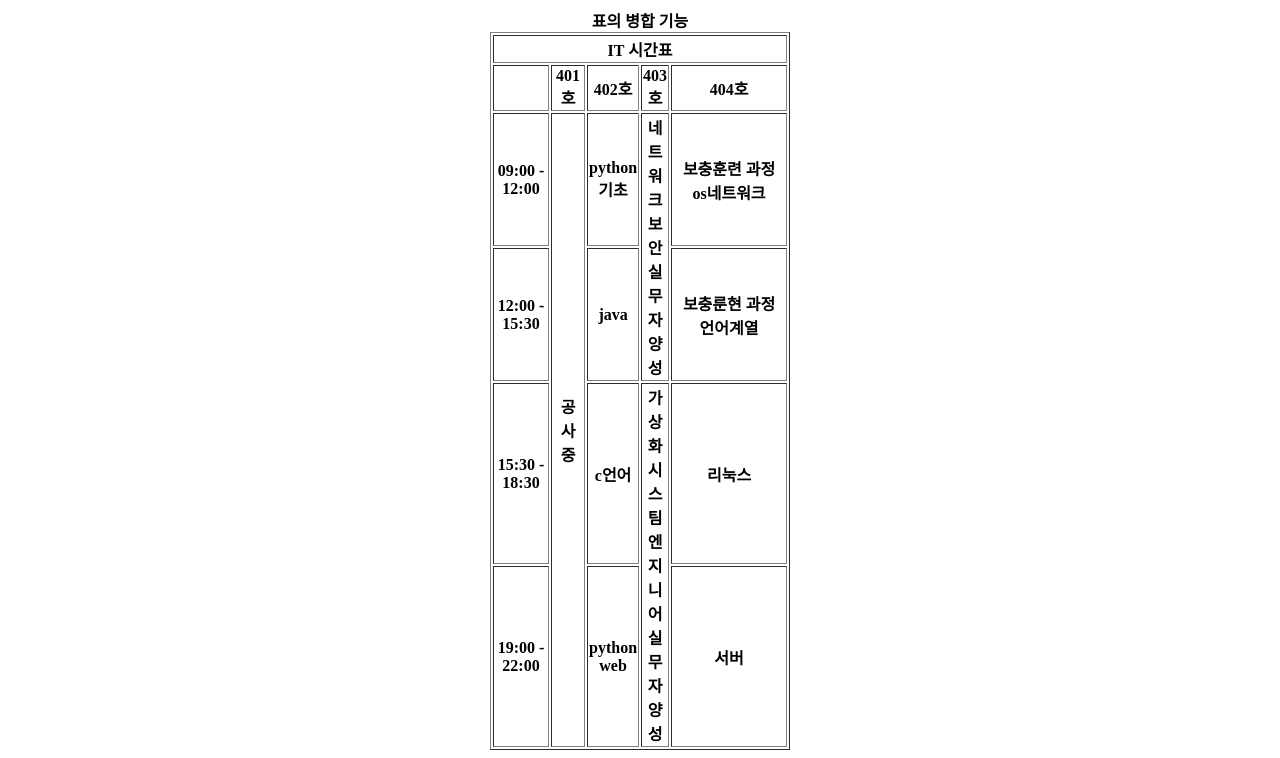
Repository: sika5382/jsp
Page: html/WebContent/NewFile1.html
The author's editor kept a copy of each file at every save. The page is drawn from the files as they stood at one save, then again after the next save.
The browser window is 1280 px wide. The pictures show the whole page.

Above is the page before, as saved 2020-10-29 06:12:42.

### html/WebContent/NewFile1.html
<!DOCTYPE html>
<html>
<head>
<meta charset="UTF-8">
<title>Insert title here</title>
</head>
<body>

	<table border = "1" align="center" width ="300">

		<caption><b>표의 병합 기능</b></caption>

		<tr>
			<th colspan = "5"> IT 시간표</th>

		</tr>

		<tr>
			<th width ="100"></th>
			<th width ="50">401호</th>
			<th>402호</th>
			<th>403호</th>
			<th width ="400">404호</th>
		</tr>

		<tr>
			<th width ="100">09:00 - 12:00</th>
			<th rowspan="4">공<br>사<br>중</th>
			<th>python 기초</th>
			<th rowspan="2">네트워크 보안<br>실무자 양성</th>
			<th width ="400">보충훈련 과정<br>os네트워크</th>
		</tr>

		<tr>
			<th width ="100">12:00 - 15:30</th>
			<th>java</th>
			<th>보충룬현 과정<br>언어계열</th>
		</tr>


		<tr>
			<th width ="100">15:30 - 18:30</th>
			<th>c언어</th>
			<th rowspan="2">가상화 시스팀 <br> 엔지니어 실무자 양성</th>
			<th>리눅스</th>
		</tr>

		<tr>
			<th width ="100">19:00 - 22:00</th>
			<th>python web</th>
			<th>서버</th>
		</tr>


	</table>


</body>
</html>

After the next save:
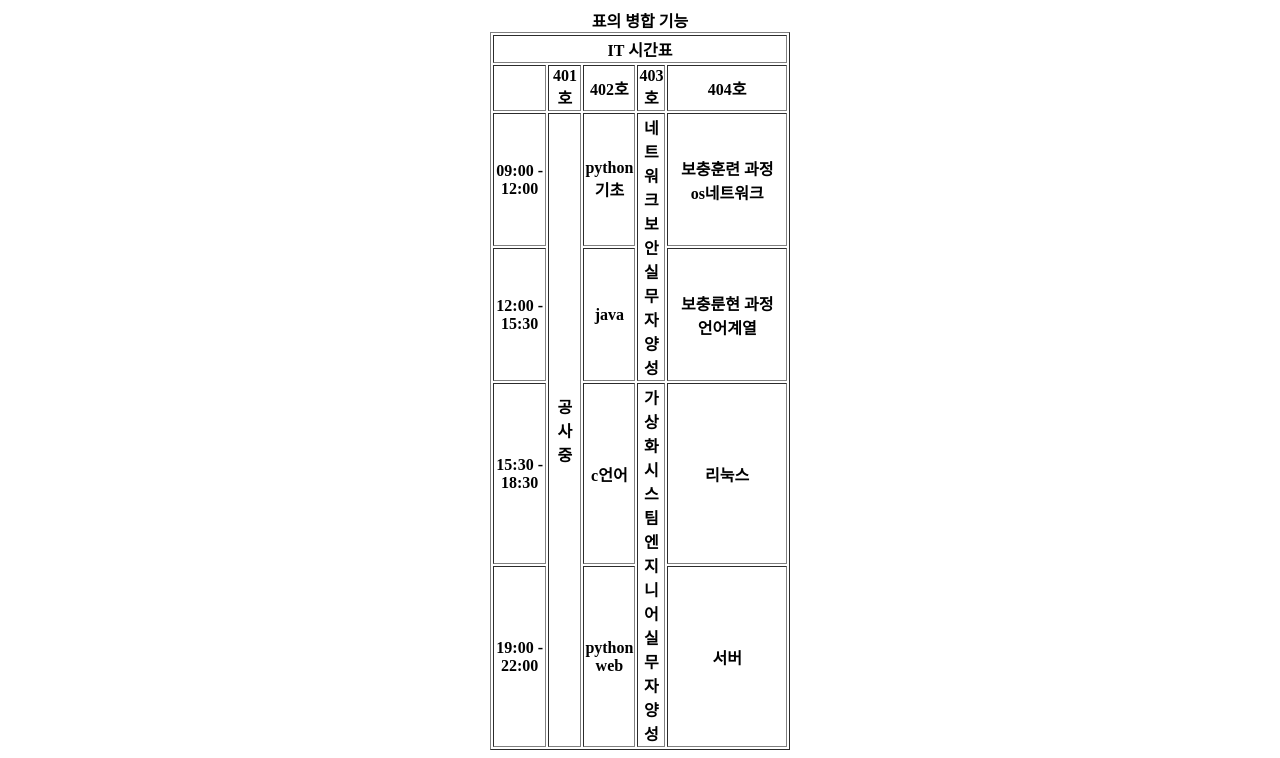
Saved 5 s later.
--- a/html/WebContent/NewFile1.html
+++ b/html/WebContent/NewFile1.html
@@ -28,7 +28,7 @@
 			<th rowspan="4">공<br>사<br>중</th>
 			<th>python 기초</th>
 			<th rowspan="2">네트워크 보안<br>실무자 양성</th>
-			<th width ="400">보충훈련 과정<br>os네트워크</th>
+			<th width ="500">보충훈련 과정<br>os네트워크</th>
 		</tr>
 
 		<tr>
